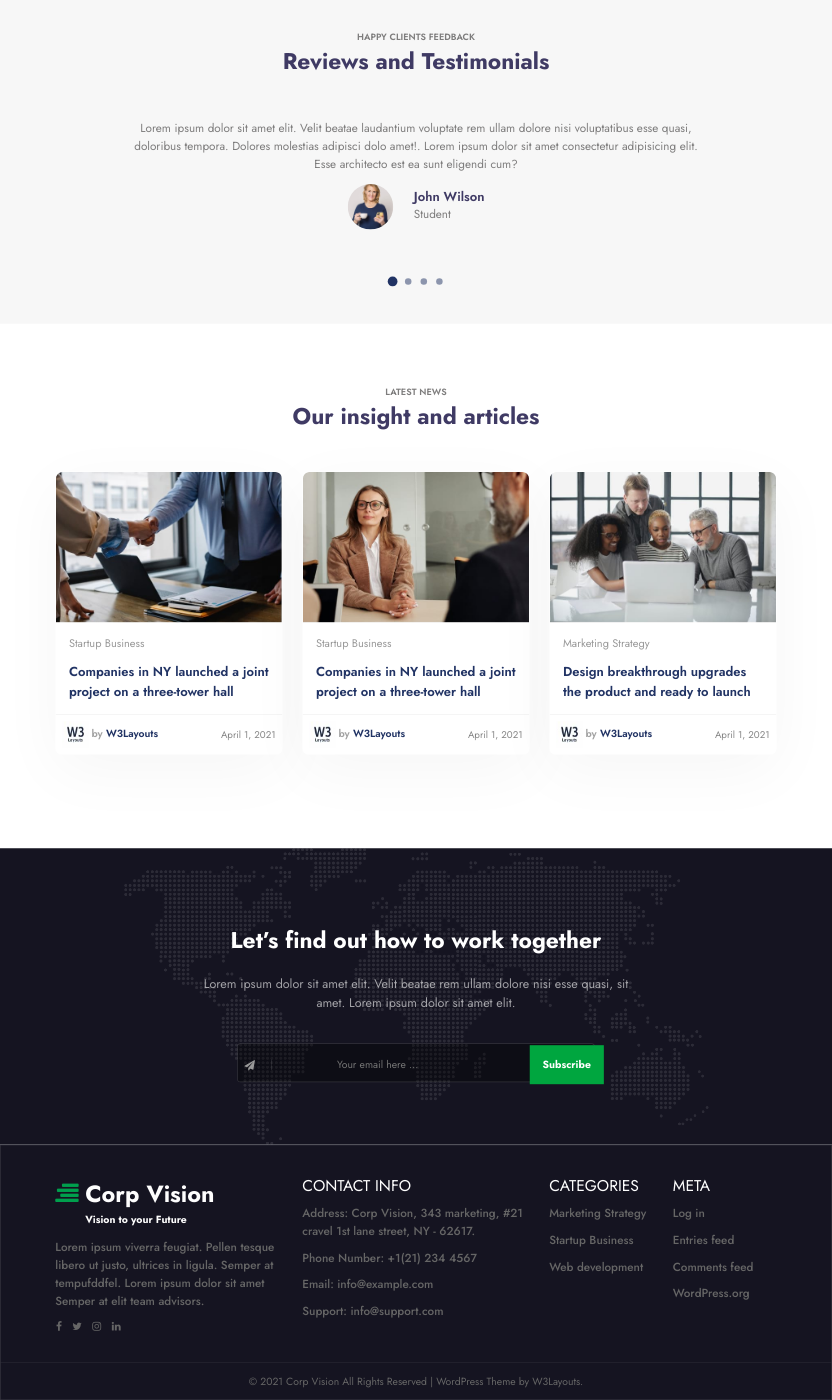
Repository: khaipnp/corpvision
Page: index.html
The author's editor kept a copy of each file at every save. The page is drawn from the files as they stood at one save, then again after the next save.
The browser window is 1280 px wide. The pictures show the whole page, at 65% of full size.

Above is the page before, as saved 2021-07-04 17:23:32.

After the next save:
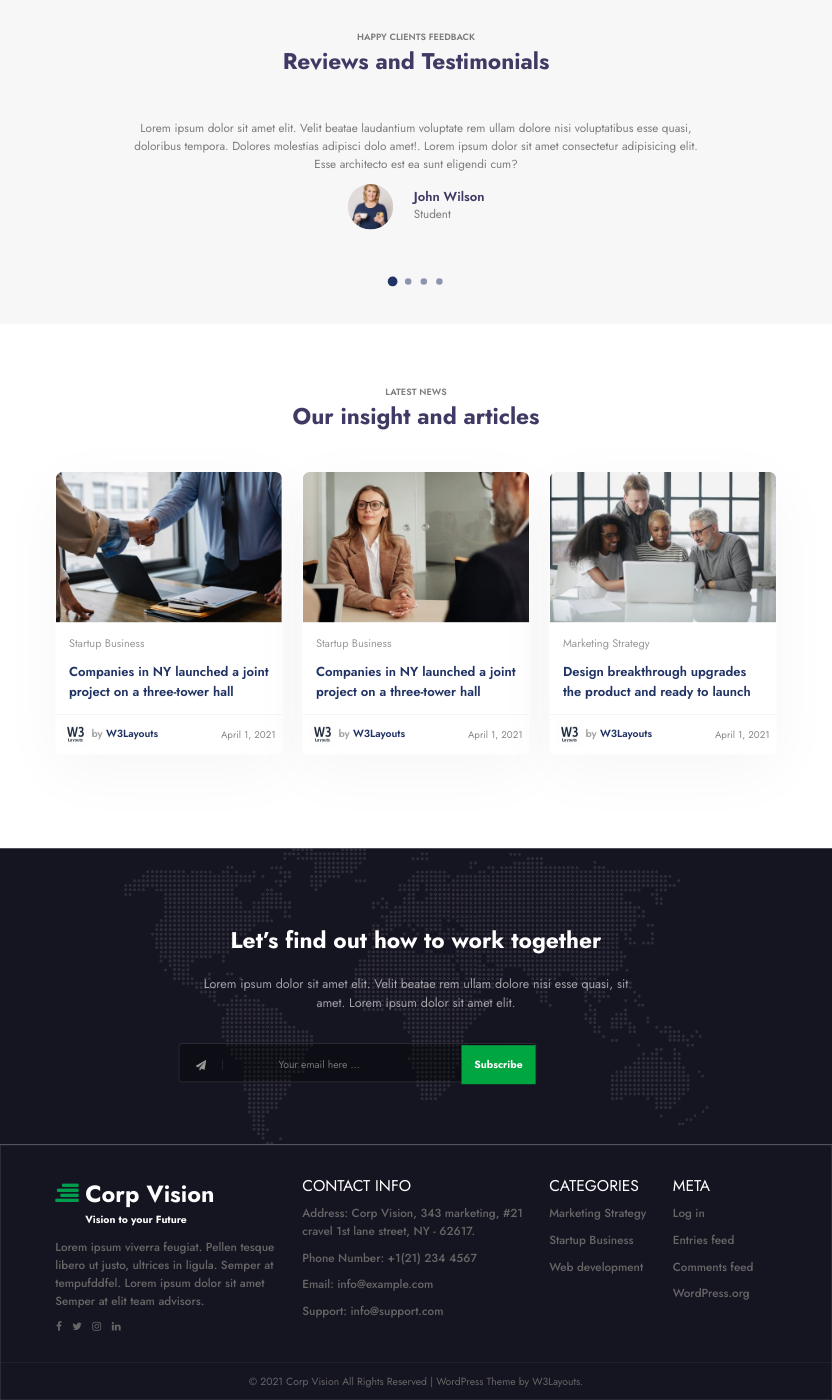
Saved 58 s later.
--- a/css/main.css
+++ b/css/main.css
@@ -186,17 +186,19 @@ body {
   font-weight: 400;
 }
 
+
+
+.input__email {
+  margin: auto;
+}
+
 .subscribe__box {
   align-items: center;
-}
-
-.input__email {
   border: 1px solid rgb(255, 255, 255, 0.15);
   border-radius: 5px;
   height: 60px;
   background: rgb(0, 0, 0, 0.35);
   max-width: 550px;
-  margin: auto;
 }
 
 .input__email input {
